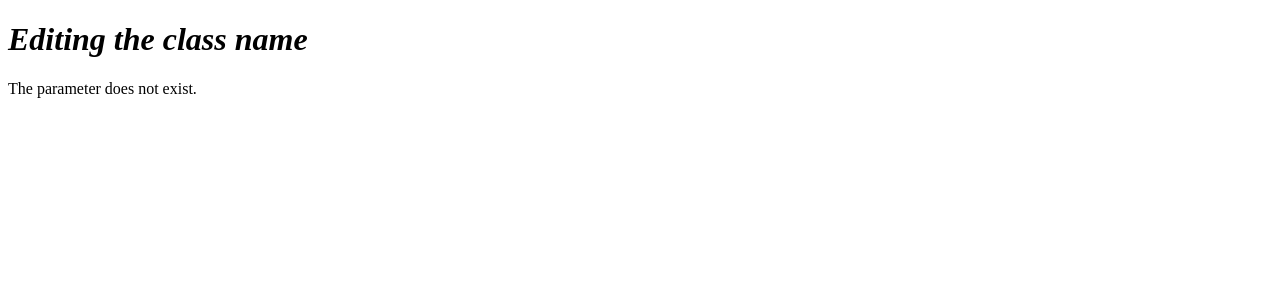
Repository: goswamiyogesh/mymovieplanproject6b
Page: http://localhost/LearnerAcademyProject/editclasses.jsp
These files come from the project's save history. The page is drawn as it stood at one moment and after the next save; the edit follows.
The browser window is 1280 px wide. The pictures show the whole page.
The page is served by Tomcat 9.

Above is the page before, as saved 2022-12-07 22:13:50.

After the next save:
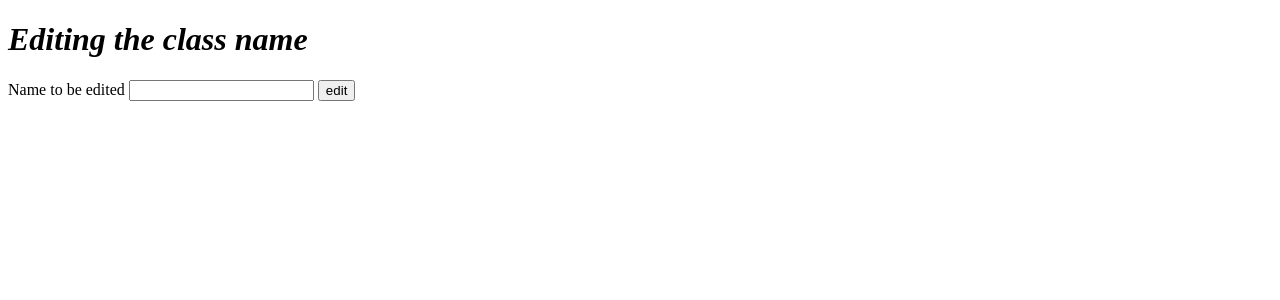
Saved 4 min 49 s later.
--- a/LearnerAcademyProject/src/main/webapp/editclasses.jsp
+++ b/LearnerAcademyProject/src/main/webapp/editclasses.jsp
@@ -10,19 +10,10 @@
 <body>
 <h1><i>Editing the class name</i></h1>
 <form action="editclassescontroller.jsp">
-
-<%
-            String value = request.getParameter("id");
-            if (value != null) {
-                out.write(value);
-            } else {
-                out.write("The parameter does not exist.");
-            }
-        %>
-<%--<input type="hidden" name=value>
+<input type="hidden" name=<%=request.getParameter("id")%>>
 
 Name to be edited <input type="text" name="ClassName">
-<input type="submit" value="edit">--%>
+<input type="submit" value="edit">
 
 </body>
 </html>
